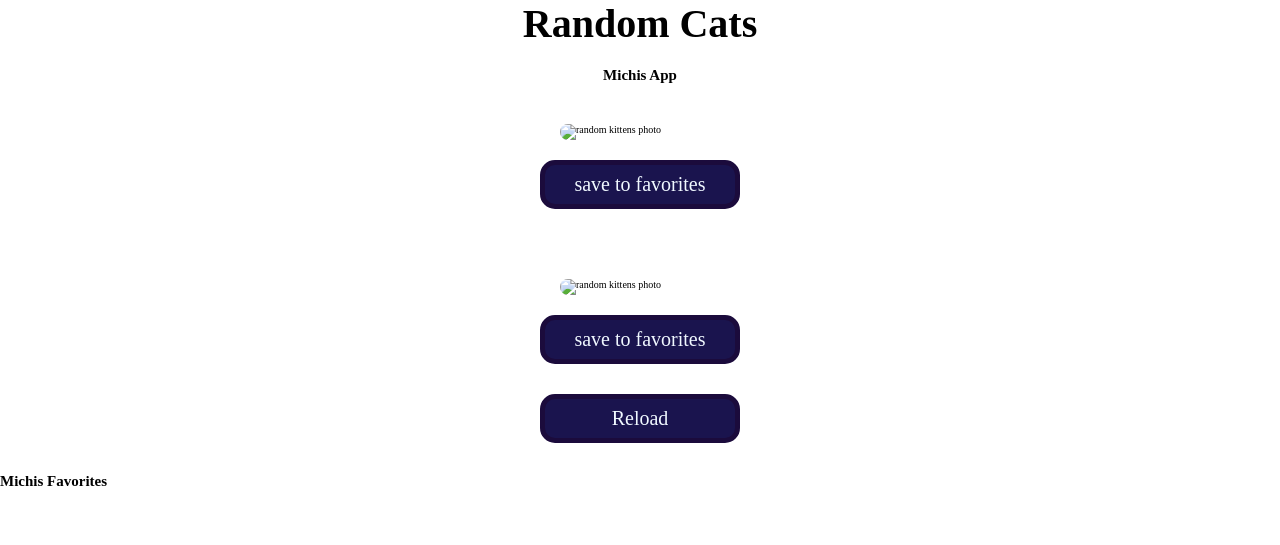
Repository: elto82/ConsumoAPIRESTjs
Page: index.html
An editor plug-in stored every save of this project. The page is shown before and after the next save, followed by the edit.
The browser window is 1280 px wide. The pictures show the whole page.
The page's requests for data from a server got no answer.

Above is the page before, as saved 2022-07-03 14:41:02.

After the next save:
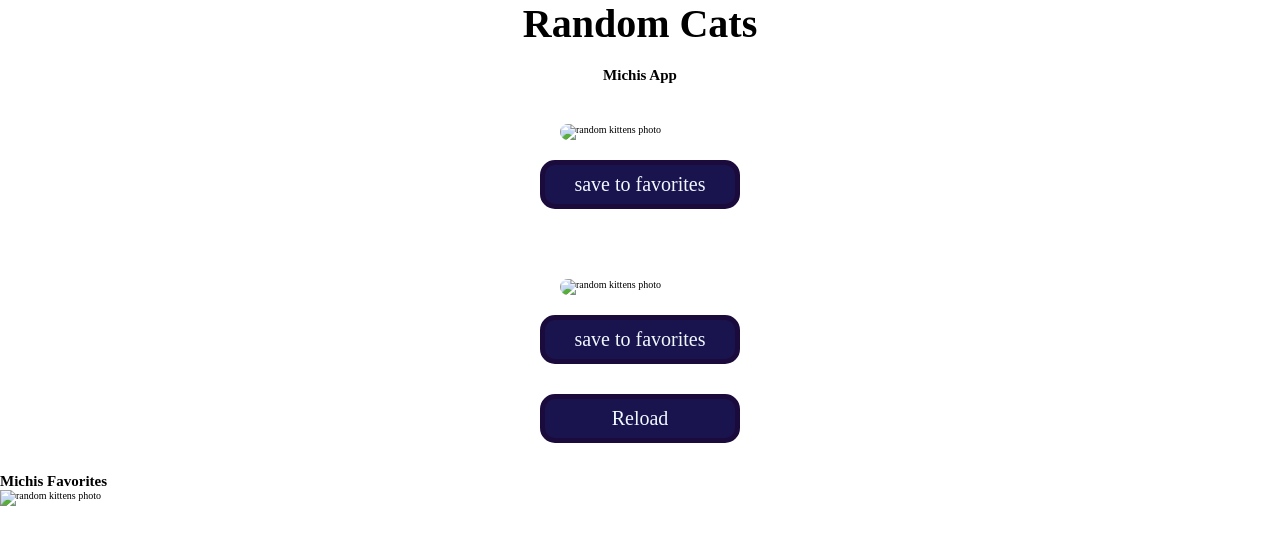
Saved 2 min 1 s later.
--- a/index.html
+++ b/index.html
@@ -36,7 +36,7 @@
   </section>
   <section id="favoritesMichis">
     <h2>Michis Favorites</h2>
-
+    <img id="img1" alt="random kittens photo" class="image">
   </section>
   <script src="./main.js"></script>
 </body>
